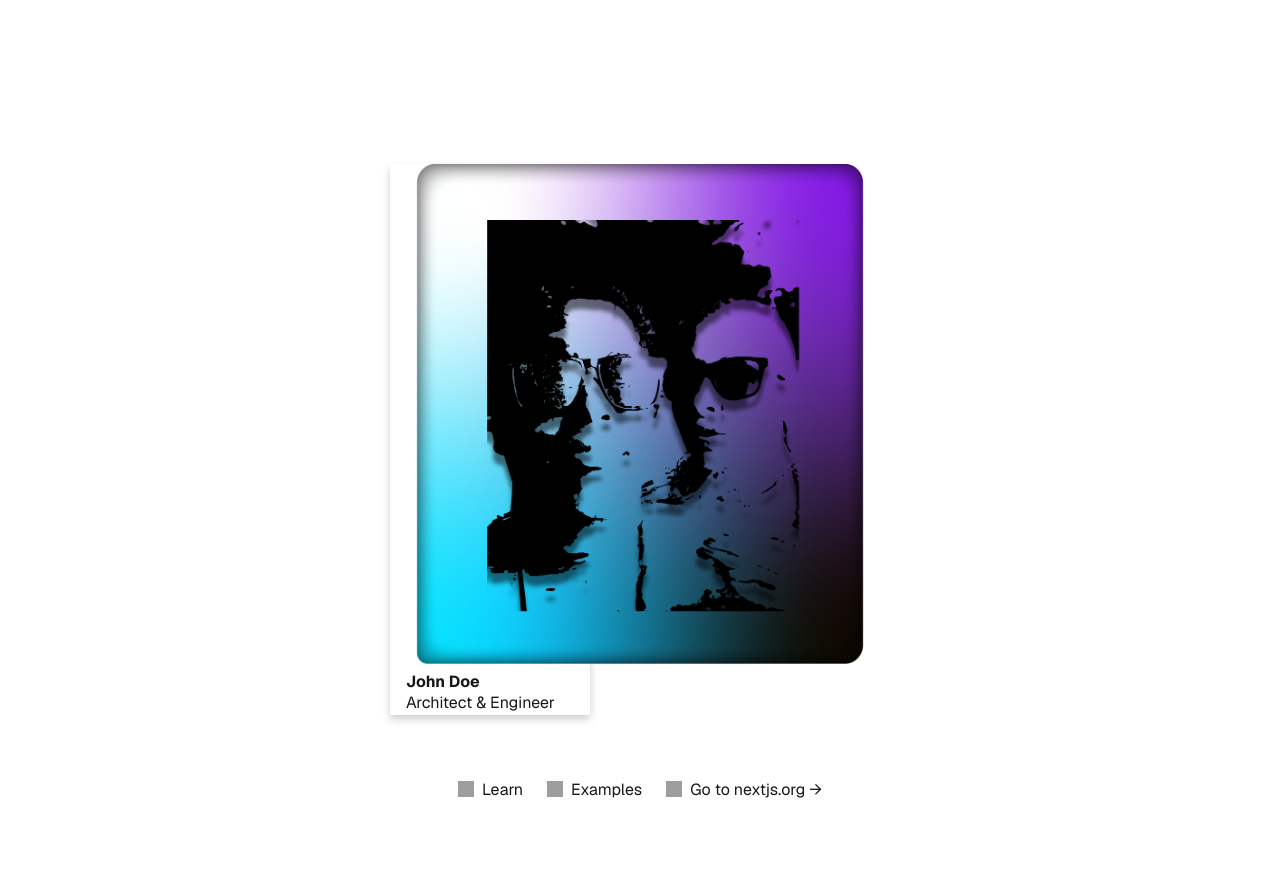
Repository: JasonMorta/react-dnd
Page: /
An editor plug-in stored every save of this project. The page is shown before and after the next save, followed by the edit.
The browser window is 1280 px wide. The pictures show the whole page.
Pictures or frames that could not be fetched are drawn as grey boxes. The project was rebuilt for these pictures with package versions that can differ from the ones it lists, and the page was loaded fresh each time. The framework's server and built-in components were replaced by stand-ins that run in the browser. Also part of the build but not shown: next.config.mjs.

Above is the page before, as saved 2025-03-16 22:24:16.

### src/app/page.jsx
import Image from "next/image";
import styles from "./page.module.css";
import CardEl from "./components/CardEl";

export default function Home() {
  return (
    <div className={styles.page}>
      <main className={styles.main}>
        <CardEl />
      </main>
      <footer className={styles.footer}>
        <a
          href="https://nextjs.org/learn?utm_source=create-next-app&utm_medium=appdir-template&utm_campaign=create-next-app"
          target="_blank"
          rel="noopener noreferrer"
        >
          <Image
            aria-hidden
            src="/file.svg"
            alt="File icon"
            width={16}
            height={16}
          />
          Learn
        </a>
        <a
          href="https://vercel.com/templates?framework=next.js&utm_source=create-next-app&utm_medium=appdir-template&utm_campaign=create-next-app"
          target="_blank"
          rel="noopener noreferrer"
        >
          <Image
            aria-hidden
            src="/window.svg"
            alt="Window icon"
            width={16}
            height={16}
          />
          Examples
        </a>
        <a
          href="https://nextjs.org?utm_source=create-next-app&utm_medium=appdir-template&utm_campaign=create-next-app"
          target="_blank"
          rel="noopener noreferrer"
        >
          <Image
            aria-hidden
            src="/globe.svg"
            alt="Globe icon"
            width={16}
            height={16}
          />
          Go to nextjs.org →
        </a>
      </footer>
    </div>
  );
}

### src/app/components/CardEl.jsx
import Image from "next/image";
import profilePic from './Ushdpi.png'

import "./Card.css";

function CardEl() {
  return (
    <div className="custom-card">
      <Image
        src={profilePic}
        width={500}
        height={500}
        alt="Picture of the author"
      />
      <div className="custom-container">
        <h4>
          <b>John Doe</b>
        </h4>
        <p>Architect & Engineer</p>
      </div>
    </div>
  );
}

export default CardEl;

### src/app/components/Card.css
.custom-card {
  box-shadow: 0 4px 8px 0 rgba(0,0,0,0.2);
  transition: 0.3s;
  width: 40%;
}

.custom-card:hover {
  box-shadow: 0 8px 16px 0 rgba(0,0,0,0.2);
}

.custom-container {
  padding: 2px 16px;
}

Loaded but not shown: src/app/layout.jsx (common file); src/app/globals.css (common file); src/app/page.module.css (common file)

After the next save:
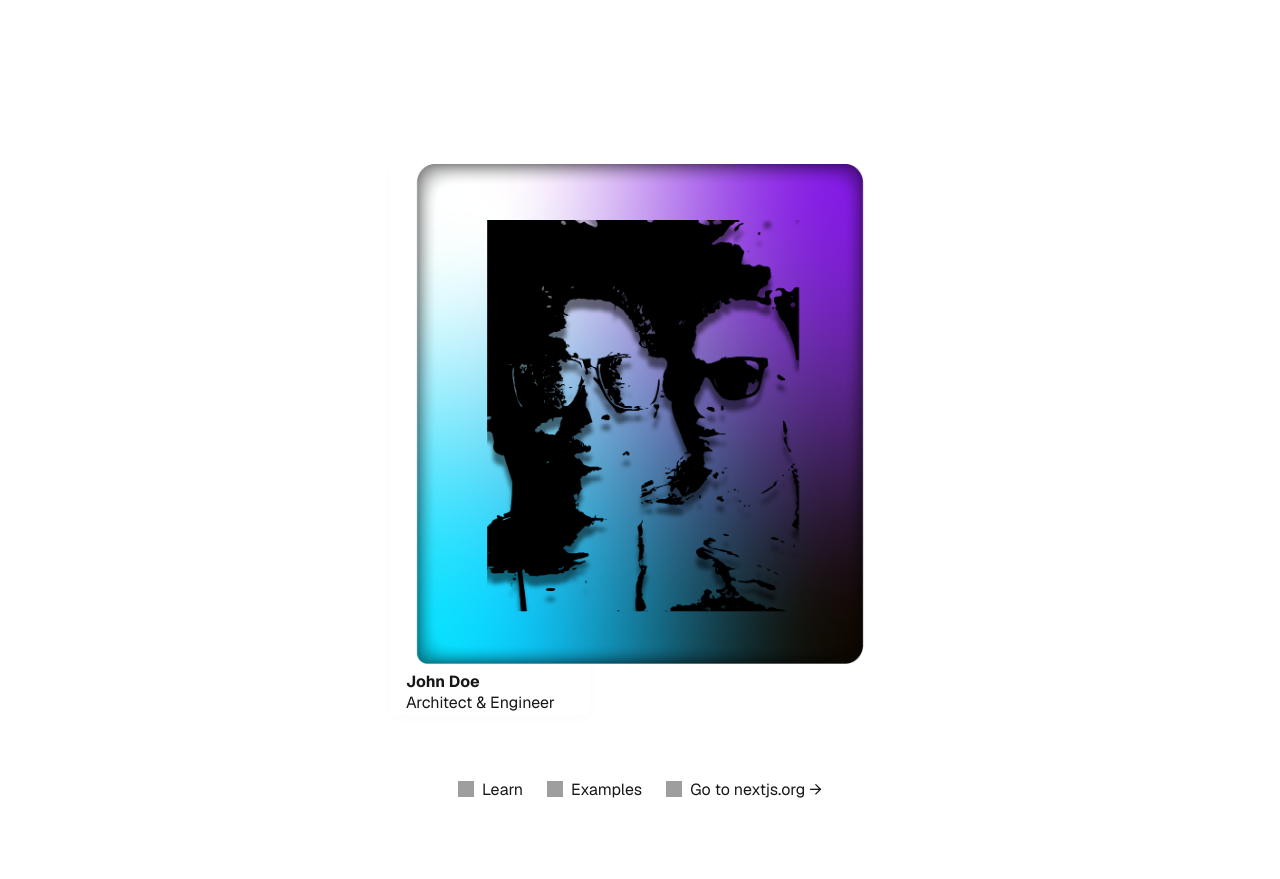
Saved 65 s later.
--- a/src/app/components/Card.css
+++ b/src/app/components/Card.css
@@ -1,5 +1,5 @@
 .custom-card {
-  box-shadow: 0 4px 8px 0 rgba(0,0,0,0.2);
+  box-shadow: 0 4px 8px 0 rgba(242, 242, 242, 0.2);
   transition: 0.3s;
   width: 40%;
 }
